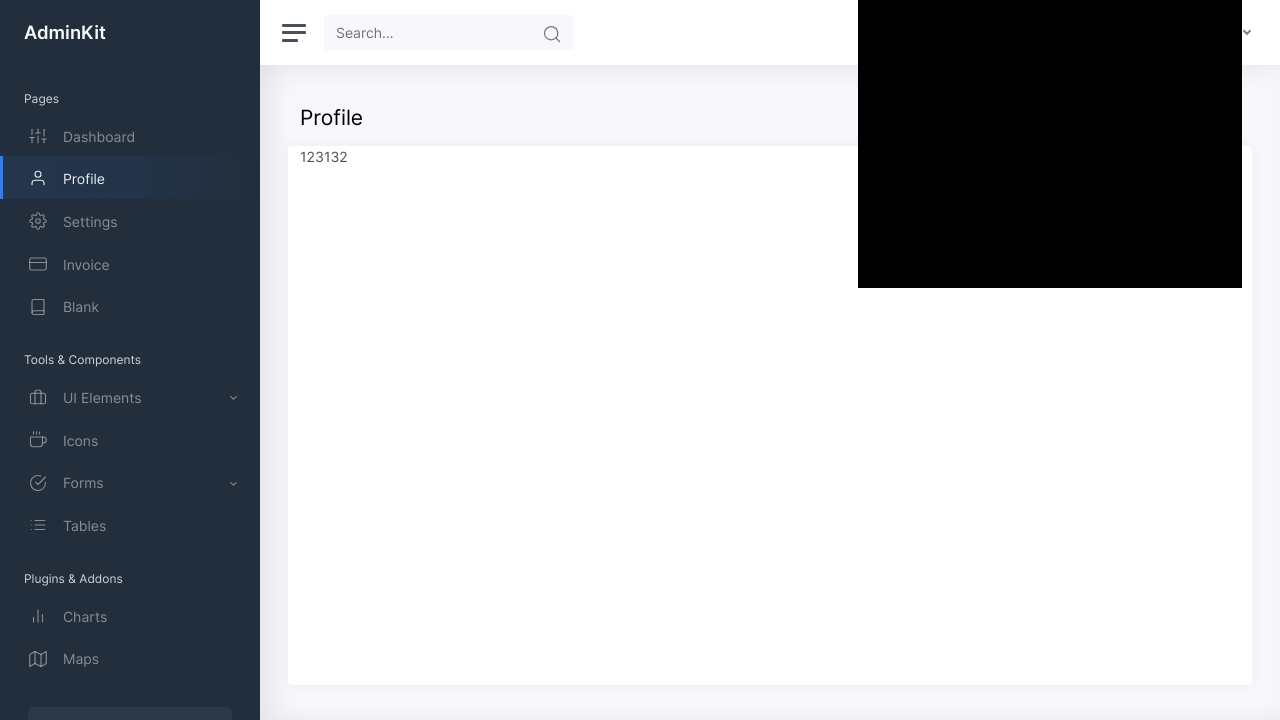
Repository: yuwei0922/WHURS-WGIS
Page: final_project/pages-profile.html
An editor plug-in stored every save of this project. The page is shown before and after the next save, followed by the edit.
The browser window is 1280 px wide. The pictures show the whole page.

Above is the page before, as saved 2022-12-21 20:12:26.
Not found: final_project/js/vendor.js

After the next save:
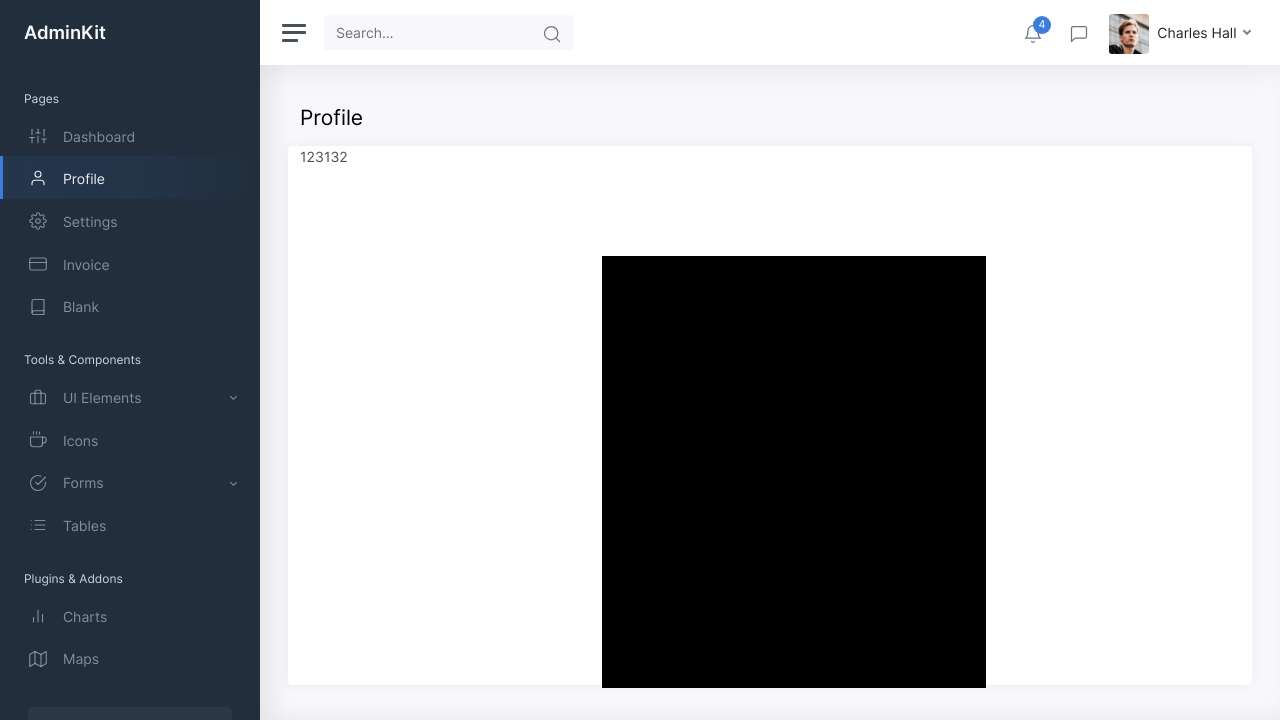
Saved 39 s later.
--- a/final_project/css/content.css
+++ b/final_project/css/content.css
@@ -10,8 +10,9 @@
 .select-contronller{
     display: inline-block;
     position: absolute;
+    margin: 20%;
     right: 3%;
-    height: 40%;
+    height: 60%;
     background-color: black;
     width: 30%;
 }
